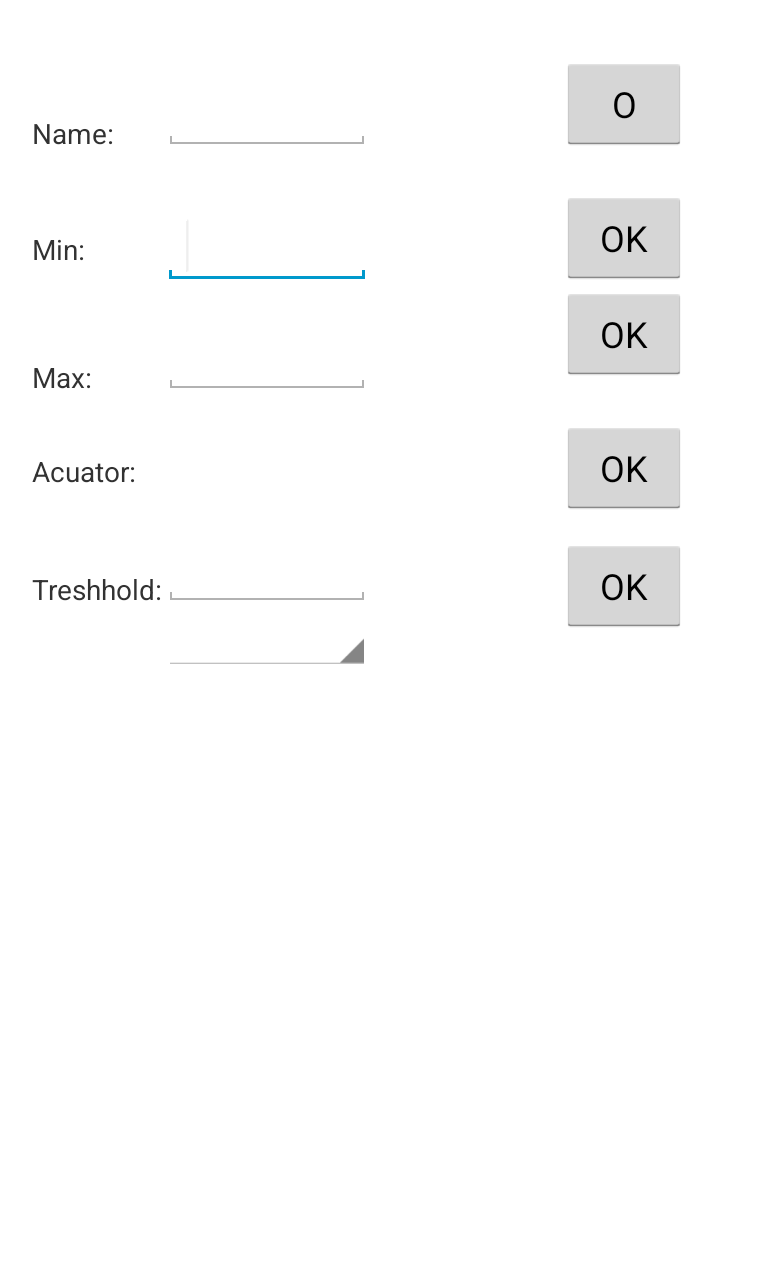
Repository: CTIS-SP-Team5/greenAgent
Layout: Android/GreenAgent/GreenAgent/res/layout/activity_view_setting.xml
The author's editor kept a copy of each file at every save. The layout is drawn from the files as they stood at one save, then again after the next save.
It is drawn on a 768 x 1280 px phone screen (xhdpi) without system bars, with theme AppTheme; the app's code is not run.

Above is the layout before, as saved 2014-05-05 18:16:24.

### Android/GreenAgent/GreenAgent/res/layout/activity_view_setting.xml
<RelativeLayout xmlns:android="http://schemas.android.com/apk/res/android"
    xmlns:tools="http://schemas.android.com/tools"
    android:layout_width="match_parent"
    android:layout_height="match_parent"
    android:paddingBottom="@dimen/activity_vertical_margin"
    android:paddingLeft="@dimen/activity_horizontal_margin"
    android:paddingRight="@dimen/activity_horizontal_margin"
    android:paddingTop="@dimen/activity_vertical_margin"
    tools:context=".ViewSettingActivity" >

    <TextView
        android:id="@+id/textView5"
        android:layout_width="wrap_content"
        android:layout_height="wrap_content"
        android:layout_alignLeft="@+id/textView4"
        android:layout_below="@+id/textView4"
        android:layout_marginTop="40dp"
        android:text="Treshhold:" />

    <TextView
        android:id="@+id/textView4"
        android:layout_width="wrap_content"
        android:layout_height="wrap_content"
        android:layout_alignLeft="@+id/textView3"
        android:layout_below="@+id/editText3"
        android:layout_marginTop="28dp"
        android:text="Acuator:" />

    <TextView
        android:id="@+id/textView3"
        android:layout_width="wrap_content"
        android:layout_height="wrap_content"
        android:layout_alignLeft="@+id/textView1"
        android:layout_below="@+id/editText2"
        android:layout_marginTop="36dp"
        android:text="Max:" />

    <TextView
        android:id="@+id/textView1"
        android:layout_width="wrap_content"
        android:layout_height="wrap_content"
        android:layout_alignLeft="@+id/textView2"
        android:layout_below="@+id/textView2"
        android:layout_marginTop="39dp"
        android:text="Min:" />

    <TextView
        android:id="@+id/textView2"
        android:layout_width="wrap_content"
        android:layout_height="wrap_content"
        android:layout_alignParentTop="true"
        android:layout_marginTop="41dp"
        android:text="Name:" />

    <EditText
        android:id="@+id/editText1"
        android:layout_width="wrap_content"
        android:layout_height="wrap_content"
        android:layout_alignBottom="@+id/textView2"
        android:layout_toRightOf="@+id/textView5"
        android:ems="5" />

    <EditText
        android:id="@+id/editText2"
        android:layout_width="wrap_content"
        android:layout_height="wrap_content"
        android:layout_alignBaseline="@+id/textView1"
        android:layout_alignBottom="@+id/textView1"
        android:layout_alignLeft="@+id/editText1"
        android:ems="5" >

        <requestFocus />
    </EditText>

    <EditText
        android:id="@+id/editText3"
        android:layout_width="wrap_content"
        android:layout_height="wrap_content"
        android:layout_alignBottom="@+id/textView3"
        android:layout_alignLeft="@+id/editText2"
        android:ems="5" />

    <EditText
        android:id="@+id/editText5"
        android:layout_width="wrap_content"
        android:layout_height="wrap_content"
        android:layout_alignBottom="@+id/textView5"
        android:layout_toRightOf="@+id/textView5"
        android:ems="5" />

    <Spinner
        android:id="@+id/spinner1"
        android:layout_width="wrap_content"
        android:layout_height="wrap_content"
        android:layout_alignLeft="@+id/editText5"
        android:layout_alignRight="@+id/editText5"
        android:layout_centerVertical="true" />

    <Button
        android:id="@+id/button3"
        android:layout_width="wrap_content"
        android:layout_height="wrap_content"
        android:layout_alignRight="@+id/button2"
        android:layout_below="@+id/button2"
        android:text="OK" />

    <Button
        android:id="@+id/button2"
        android:layout_width="wrap_content"
        android:layout_height="wrap_content"
        android:layout_alignBottom="@+id/editText2"
        android:layout_alignLeft="@+id/button1"
        android:text="OK" />

    <Button
        android:id="@+id/button1"
        android:layout_width="wrap_content"
        android:layout_height="wrap_content"
        android:layout_alignBottom="@+id/editText1"
        android:layout_alignParentRight="true"
        android:layout_marginRight="24dp"
        android:text="O" />

    <Button
        android:id="@+id/button4"
        android:layout_width="wrap_content"
        android:layout_height="wrap_content"
        android:layout_alignBaseline="@+id/textView4"
        android:layout_alignBottom="@+id/textView4"
        android:layout_alignLeft="@+id/button3"
        android:text="OK" />

    <Button
        android:id="@+id/button5"
        android:layout_width="wrap_content"
        android:layout_height="wrap_content"
        android:layout_alignBaseline="@+id/textView5"
        android:layout_alignBottom="@+id/textView5"
        android:layout_alignLeft="@+id/button4"
        android:text="OK" />

</RelativeLayout>

Loaded but not shown: Android/GreenAgent/GreenAgent/res/values/styles.xml (common file); Android/GreenAgent/GreenAgent/res/values-v11/styles.xml (common file); Android/GreenAgent/GreenAgent/res/values-v14/styles.xml (common file); Android/GreenAgent/GreenAgent/res/values/dimens.xml (common file)

After the next save:
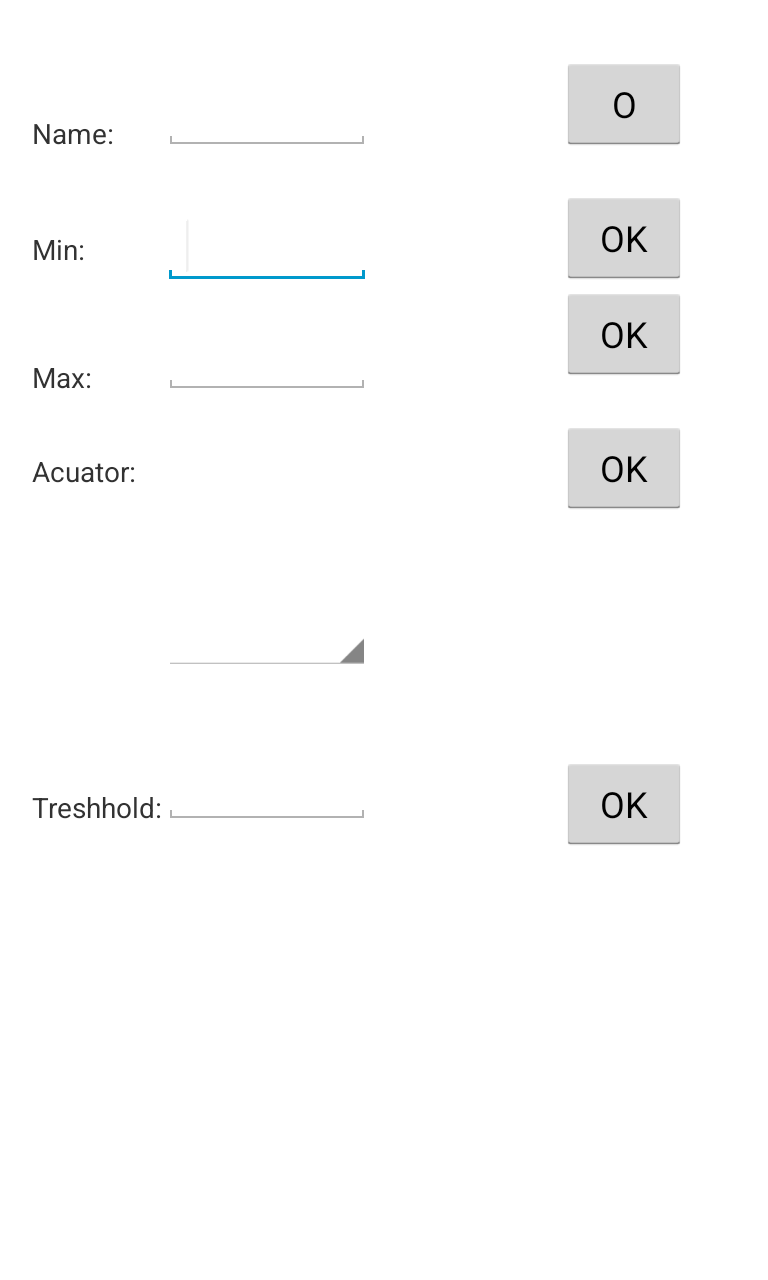
Saved 19 s later.
--- a/Android/GreenAgent/GreenAgent/res/layout/activity_view_setting.xml
+++ b/Android/GreenAgent/GreenAgent/res/layout/activity_view_setting.xml
@@ -7,15 +7,6 @@
     android:paddingRight="@dimen/activity_horizontal_margin"
     android:paddingTop="@dimen/activity_vertical_margin"
     tools:context=".ViewSettingActivity" >
-
-    <TextView
-        android:id="@+id/textView5"
-        android:layout_width="wrap_content"
-        android:layout_height="wrap_content"
-        android:layout_alignLeft="@+id/textView4"
-        android:layout_below="@+id/textView4"
-        android:layout_marginTop="40dp"
-        android:text="Treshhold:" />
 
     <TextView
         android:id="@+id/textView4"
@@ -80,14 +71,6 @@
         android:layout_alignLeft="@+id/editText2"
         android:ems="5" />
 
-    <EditText
-        android:id="@+id/editText5"
-        android:layout_width="wrap_content"
-        android:layout_height="wrap_content"
-        android:layout_alignBottom="@+id/textView5"
-        android:layout_toRightOf="@+id/textView5"
-        android:ems="5" />
-
     <Spinner
         android:id="@+id/spinner1"
         android:layout_width="wrap_content"
@@ -130,6 +113,15 @@
         android:layout_alignLeft="@+id/button3"
         android:text="OK" />
 
+    <TextView
+        android:id="@+id/textView5"
+        android:layout_width="wrap_content"
+        android:layout_height="wrap_content"
+        android:layout_alignLeft="@+id/textView4"
+        android:layout_below="@+id/spinner1"
+        android:layout_marginTop="58dp"
+        android:text="Treshhold:" />
+
     <Button
         android:id="@+id/button5"
         android:layout_width="wrap_content"
@@ -139,4 +131,12 @@
         android:layout_alignLeft="@+id/button4"
         android:text="OK" />
 
+    <EditText
+        android:id="@+id/editText5"
+        android:layout_width="wrap_content"
+        android:layout_height="wrap_content"
+        android:layout_alignBottom="@+id/textView5"
+        android:layout_alignLeft="@+id/editText3"
+        android:ems="5" />
+
 </RelativeLayout>
